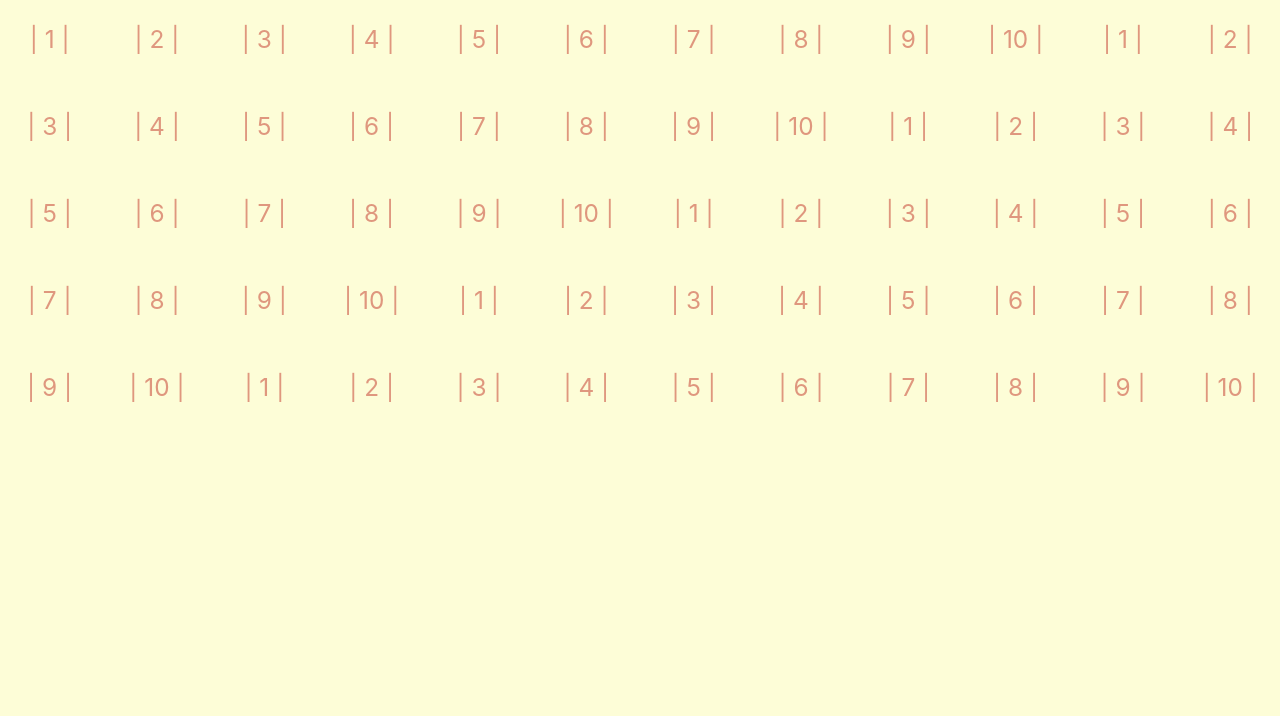
Repository: ghbamorim/megasenaapi
Page: / (app in mega-sena-client/)
The author's editor kept a copy of each file at every save. The page is drawn from the files as they stood at one save, then again after the next save.
The browser window is 1280 px wide. The page is 1284 px wide, so the pictures cover 1284 px, including what lies to the right of the window. The pictures show the whole page.
The project was rebuilt for these pictures with package versions that can differ from the ones it lists, and the page was loaded fresh each time. Also part of the build but not shown: mega-sena-client/src/App.css.

Above is the page before, as saved 2021-09-12 09:43:47.

### mega-sena-client/src/App.tsx
import Grid from "@material-ui/core/Grid";
import { makeStyles } from "@material-ui/core/styles";
import React from "react";
import "./App.css";
import Row from "./row";

const useStyles = makeStyles((theme) => ({
  App: {
    textAlign: "center",
  },

  AppHeader: {
    backgroundColor: "#FDFDD7",
    minHeight: "100vh",
    alignItems: "center",
    justifyContent: "center",
    fontSize: "calc(10px + 2vmin)",
    color: "#DF977E",
  },
}));

function App() {
  const classes = useStyles();
  const rows: number[] = [];
  for (let i = 1; i <= 6; i++) {
    rows.push(i);
  }

  return (
    <div className={classes.App}>
      <header className={classes.AppHeader}>
        <div>
          <Grid container spacing={1}>
            {rows.map((i) => {
              return <Row />;
            })}
          </Grid>
        </div>
      </header>
    </div>
  );
}

export default App;

### mega-sena-client/src/row.tsx
import Grid from "@material-ui/core/Grid";
import React from "react";
import "./App.css";

const Row = () => {
  const cols: number[] = [];
  for (let i = 1; i <= 10; i++) {
    cols.push(i);
  }

  return (
    <React.Fragment>
      {cols.map((i) => {
        return (
          <Grid item xs={1}>
            <div className="App">
              <p>| {i} |</p>
            </div>
          </Grid>
        );
      })}
    </React.Fragment>
  );
};

export default Row;

Loaded but not shown: mega-sena-client/public/index.html (common file); mega-sena-client/src/index.tsx (common file); mega-sena-client/src/index.css (common file); mega-sena-client/src/reportWebVitals.ts (common file)

After the next save:
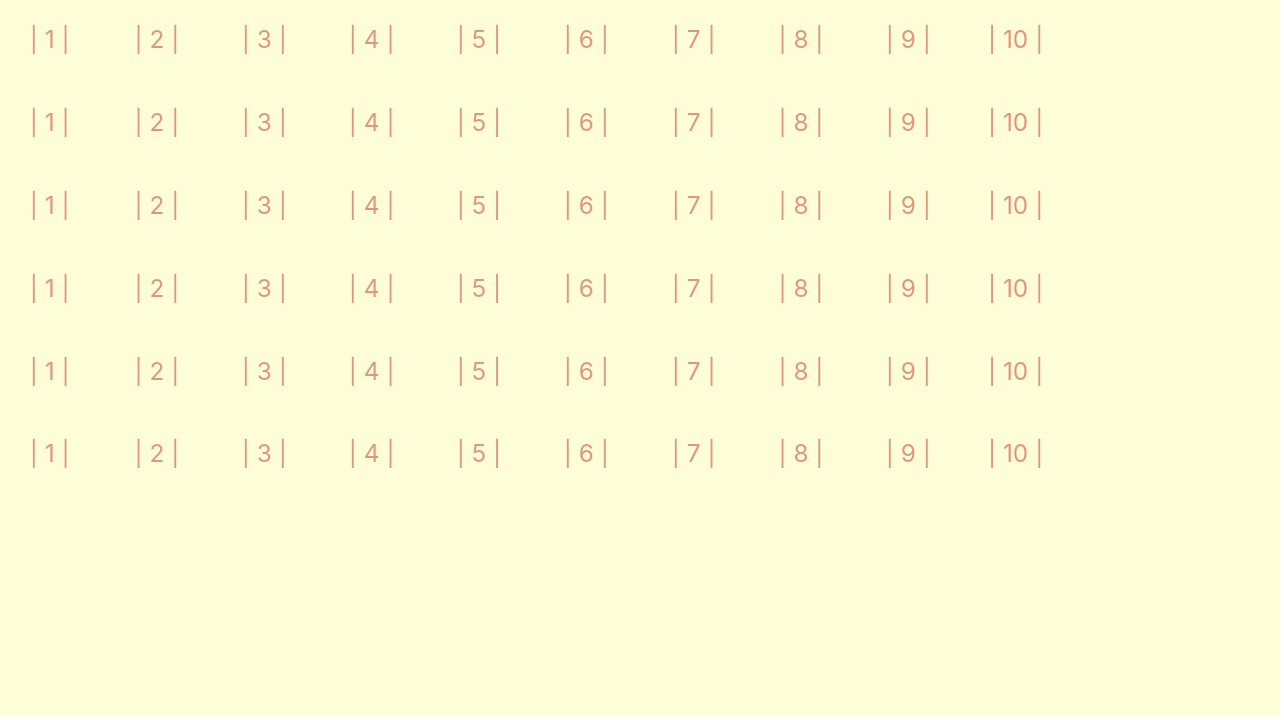
Saved 40 s later.
--- a/mega-sena-client/src/App.tsx
+++ b/mega-sena-client/src/App.tsx
@@ -30,11 +30,13 @@ function App() {
     <div className={classes.App}>
       <header className={classes.AppHeader}>
         <div>
-          <Grid container spacing={1}>
-            {rows.map((i) => {
-              return <Row />;
-            })}
-          </Grid>
+          {rows.map((i) => {
+            return (
+              <Grid container spacing={1}>
+                <Row />
+              </Grid>
+            );
+          })}
         </div>
       </header>
     </div>
